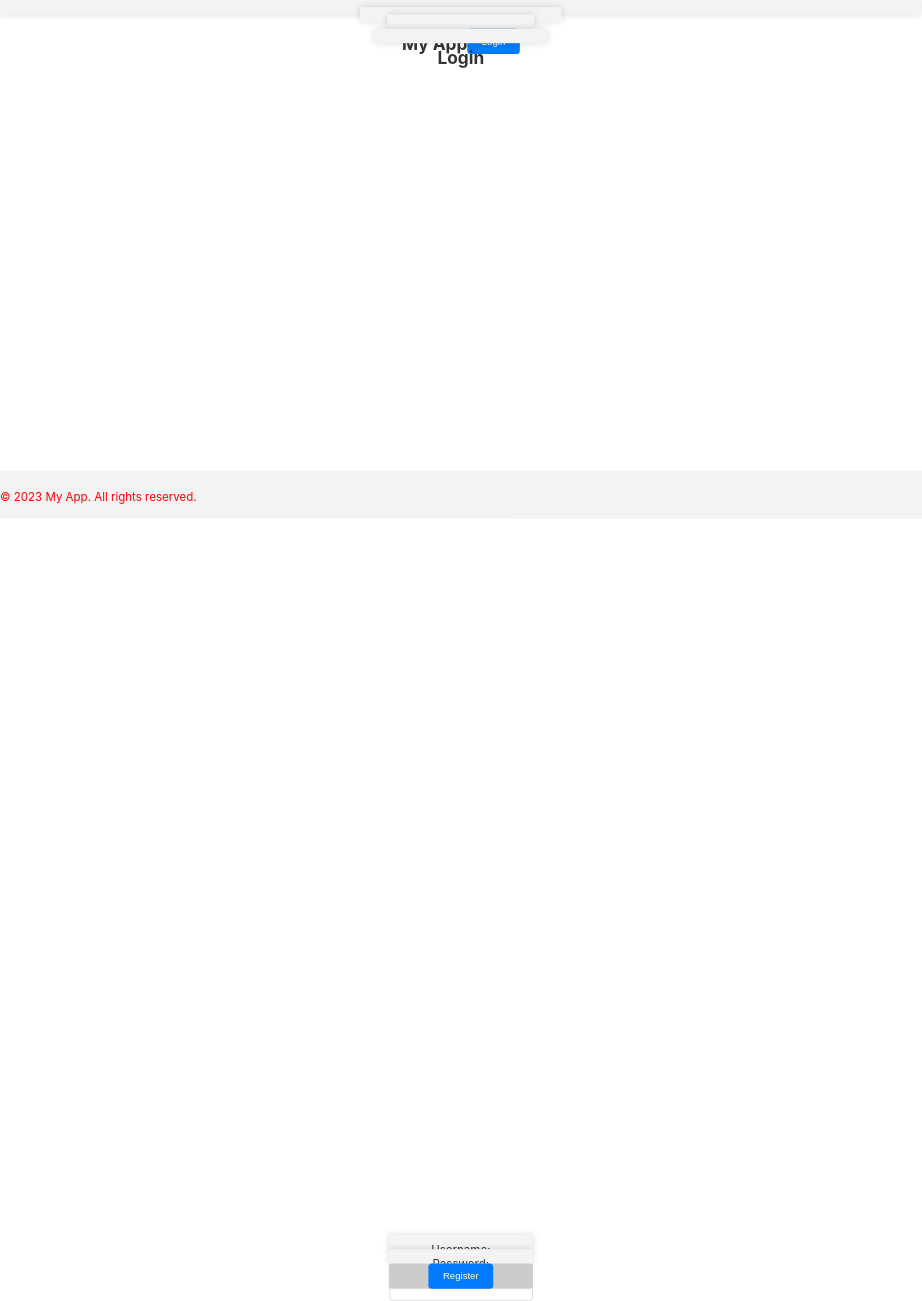
Repository: iMlearnDinG/react-app-v2
Page: /
An editor plug-in stored every save of this project. The page is shown before and after the next save, followed by the edit.
The browser window is 1280 px wide. The pictures show the whole page, at 72% of full size.
The page's requests for data from a server got no answer. The project was rebuilt for these pictures with package versions that can differ from the ones it lists, and the page was loaded fresh each time. No one was signed in, and anything a server would have sent is missing. Also part of the build but not shown: src/components/Register.js, src/components/Lobby.js, src/components/Game.js, src/components/Menu.js.

Above is the page before, as saved 2023-07-19 02:02:47.

After the next save:
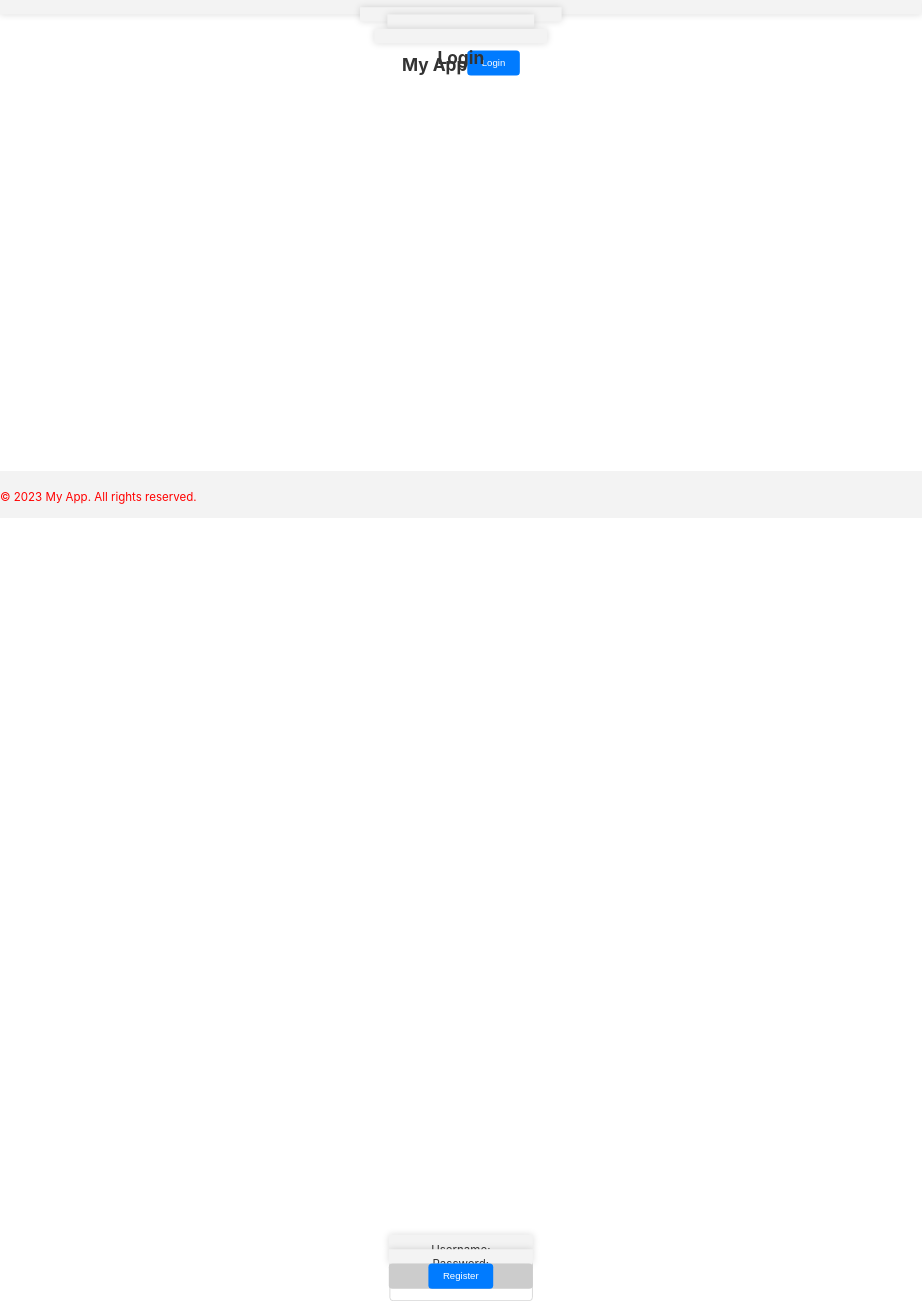
Saved 38 s later.
--- a/src/css/navbar.css
+++ b/src/css/navbar.css
@@ -15,7 +15,7 @@ div {
   }
 
   header {
-    margin-bottom: 30px;
+    margin-top: 30px;
   }
 
   h1 {
